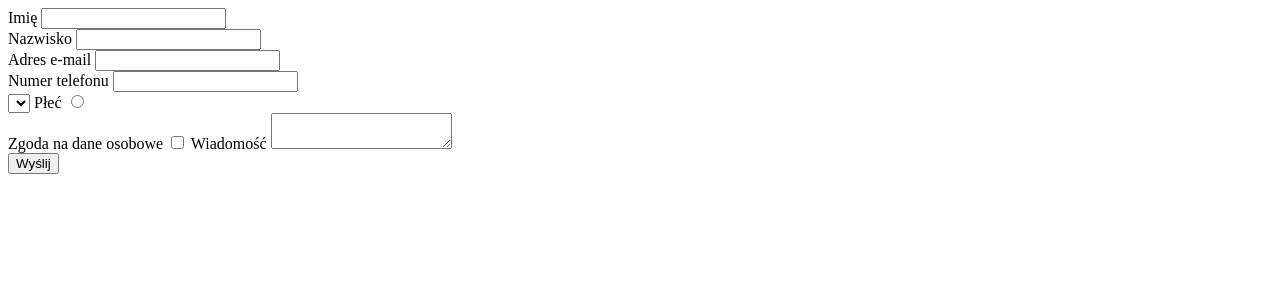
Repository: magdaf41/magdaf41.github.io
Page: zadania-domowe/HTML/zadanie_1/index.html
These files come from the project's save history. The page is drawn as it stood at one moment and after the next save; the edit follows.
The browser window is 1280 px wide. The pictures show the whole page.

Above is the page before, as saved 2020-08-12 21:46:16.

After the next save:
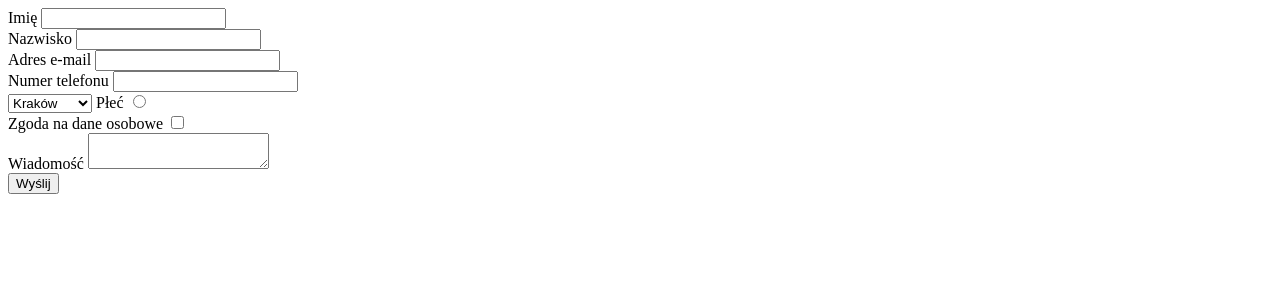
Saved 91 s later.
--- a/zadania-domowe/HTML/zadanie_1/index.html
+++ b/zadania-domowe/HTML/zadanie_1/index.html
@@ -1,40 +1,43 @@
 <!DOCTYPE html>
 <html lang="en">
+
 <head>
     <meta charset="UTF-8">
     <meta name="viewport" content="width=device-width, initial-scale=1.0">
     <title>Document</title>
 </head>
+
 <body>
     <form action="https://formspree.io/xnqgrbkz" method="POST">
 
-    <label for="name">Imię</label>
-    <input type="text" name="name" id="name"><br>
+        <label for="name">Imię</label>
+        <input type="text" name="name" id="name"><br>
 
-    <label for="surname">Nazwisko</label>
-    <input type="text" name="surname" id="surname"><br>
+        <label for="surname">Nazwisko</label>
+        <input type="text" name="surname" id="surname"><br>
 
-    <label for="email">Adres e-mail</label>
-    <input type="email" name="email" id="email"><br>
+        <label for="email">Adres e-mail</label>
+        <input type="email" name="email" id="email"><br>
 
-    <label for="number">Numer telefonu</label>
-    <input type="tel" name="number" id="number"><br>
+        <label for="number">Numer telefonu</label>
+        <input type="tel" name="number" id="number"><br>
 
-    <select name="city" id="city">
-        <option value="Kraków"></option>
-        <option value="Warszawa"></option>
-        <option value="Gdańsk"></option>
-    </select>
+        <select name="city" id="city">
+            <option value="Kraków">Kraków</option>
+            <option value="Warszawa">Warszawa</option>
+            <option value="Gdańsk">Gdańsk</option>
+        </select>
 
-    <label for="sex">Płeć</label>
-    <input type="radio" name="sex" id="sex"><br>
+        <label for="sex">Płeć</label>
+        <input type="radio" name="sex" id="sex"><br>
 
-    <label for="agreement">Zgoda na dane osobowe</label>
-    <input type="checkbox" name="agreement" id="agreement">
+        <label for="agreement">Zgoda na dane osobowe</label>
+        <input type="checkbox" name="agreement" id="agreement"><br>
 
-    <label for="message">Wiadomość</label>
-    <textarea name="message" id="message"></textarea><br>
+        <label for="message">Wiadomość</label>
+        <textarea name="message" id="message"></textarea><br>
 
-    <input type="submit" value="Wyślij">
+        <input type="submit" value="Wyślij">
 </body>
+
 </html>
